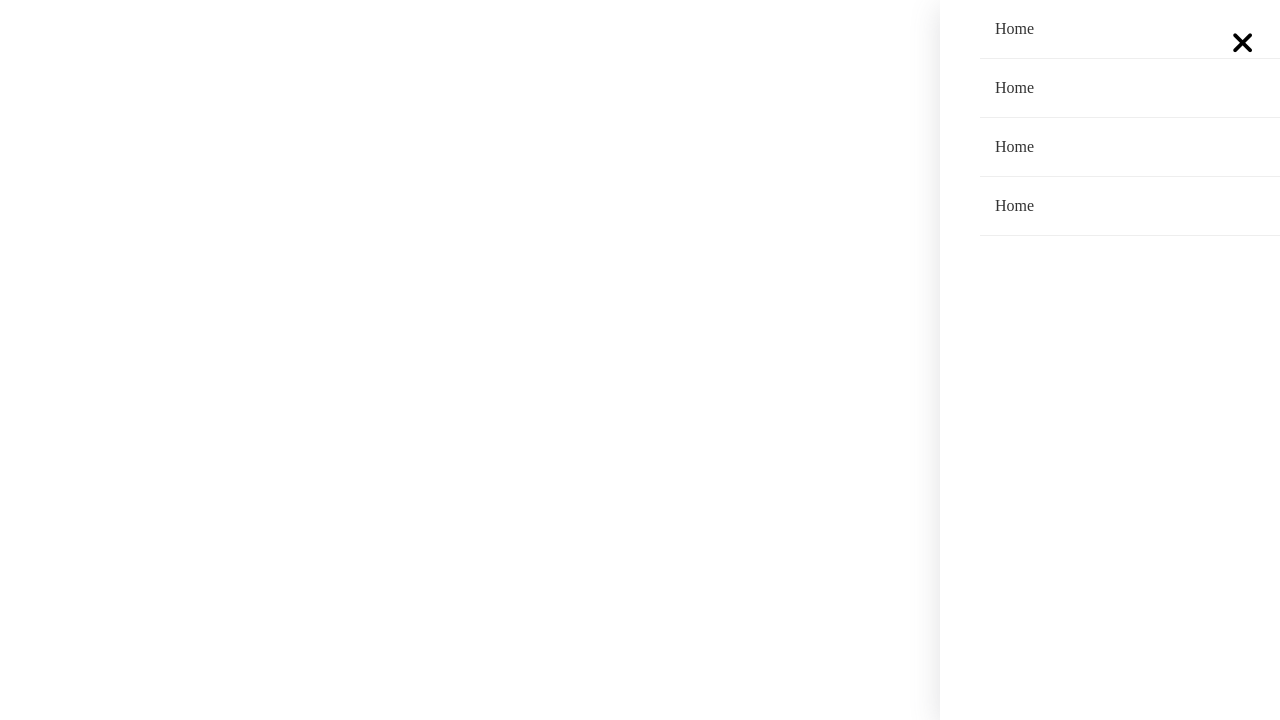
Repository: tungts3qb/Javascript
Page: toggle.html
The author's editor kept a copy of each file at every save. The page is drawn from the files as they stood at one save, then again after the next save.
The browser window is 1280 px wide. The pictures show the whole page.
After loading, the first visible `i.fa` was clicked once.

Above is the page before, as saved 2022-12-23 01:44:37.

### toggle.html
<!DOCTYPE html>
<html lang="en">
  <head>
    <meta charset="UTF-8" />
    <meta http-equiv="X-UA-Compatible" content="IE=edge" />
    <meta name="viewport" content="width=device-width, initial-scale=1.0" />
    <link
      rel="stylesheet"
      href="https://cdnjs.cloudflare.com/ajax/libs/font-awesome/6.2.1/css/all.min.css"
      integrity="sha512-MV7K8+y+gLIBoVD59lQIYicR65iaqukzvf/nwasF0nqhPay5w/9lJmVM2hMDcnK1OnMGCdVK+iQrJ7lzPJQd1w=="
      crossorigin="anonymous"
      referrerpolicy="no-referrer"
    />
    <link rel="stylesheet" href="style.css" />
    <title>Document</title>
  </head>
  <body>
    <header class="header">
      <i class="fa fa-bars menu-toggle"></i>
    </header>
    <ul class="menu">
      <li class="menu-item">
        <a href="#" class="menu-link">Home</a>
      </li>
      <li class="menu-item">
        <a href="#" class="menu-link">Home</a>
      </li>
      <li class="menu-item">
        <a href="#" class="menu-link">Home</a>
      </li>
      <li class="menu-item">
        <a href="#" class="menu-link">Home</a>
      </li>
    </ul>
    <script src="./toggle.js"></script>
  </body>
</html>

### style.css
.button {
  padding: 20px;
  color: white;
  background-color: #ffa400;
  border: 0;
  margin: 50px auto;
  display: block;
  width: 300px;
  font-family: "Poppins", sans-serif;
}

.change {
  display: block;
  padding: 15px 40px;
  border-radius: 10px;
  border: 0;
  color: white;
  font-family: "Poppins", sans-serif;
  margin: 50px auto;
  background-color: #3d6ef7;
}

.menu {
  width: 300px;
  position: fixed;
  top: 0;
  right: 0;
  bottom: 0;
  box-shadow: rgba(100, 100, 111, 0.2) 0px 7px 29px 0px;
  list-style: none;
  transform: translateX(100%);
  transition: transform 0.25s linear;
  margin-top: 0;
  margin-bottom: 0;
}

.menu.is-show {
  transform: translateX(0%);
}

.menu-link {
  display: block;
  padding: 20px 15px;
  color: #333;
  border-bottom: 1px solid #eee;
}

.header {
  padding: 20px;
  display: flex;
  align-items: center;
  justify-content: flex-end;
}

.menu-toggle {
  cursor: pointer;
  font-size: 30px;
  position: relative;
  z-index: 9999;
}

.menu-item a {
  text-decoration: none;
}

### toggle.js
const toggle = document.querySelector(".menu-toggle");
const menu = document.querySelector(".menu");

toggle.addEventListener("click", function (event) {
  event.target.classList.add("fa-times");
  menu.classList.toggle("is-show");
});

After the next save:
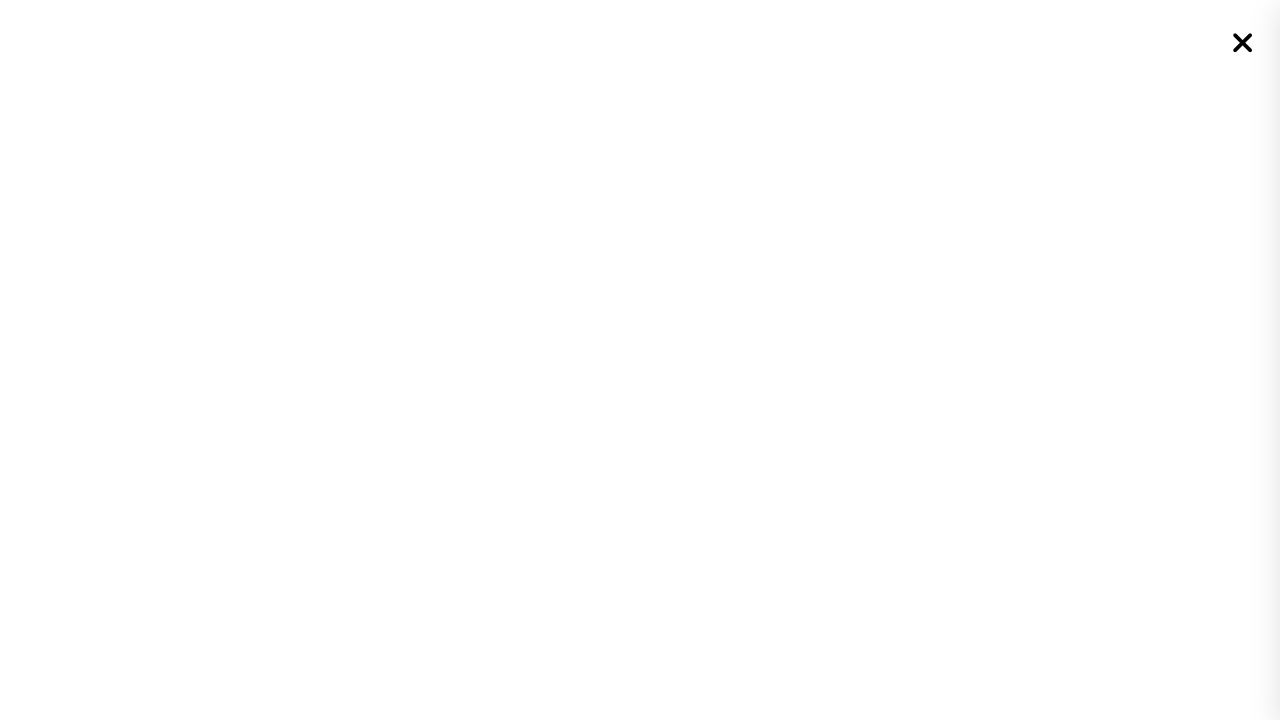
Console error: TypeError: event.target.classList.removw is not a function
Saved 40 s later.
--- a/toggle.js
+++ b/toggle.js
@@ -3,5 +3,6 @@
 
 toggle.addEventListener("click", function (event) {
   event.target.classList.add("fa-times");
+  event.target.classList.removw("fa-bars");
   menu.classList.toggle("is-show");
 });

After the save that followed:
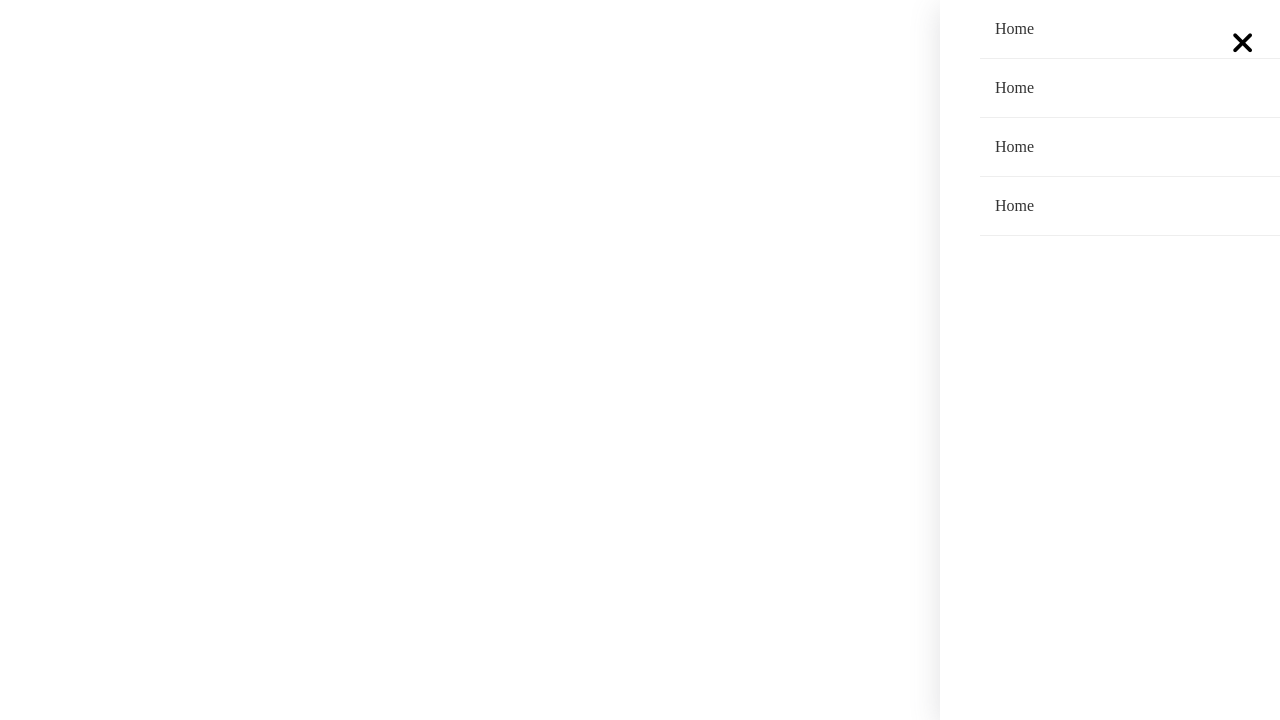
The error is gone.
Saved 73 s later.
--- a/toggle.js
+++ b/toggle.js
@@ -3,6 +3,6 @@
 
 toggle.addEventListener("click", function (event) {
   event.target.classList.add("fa-times");
-  event.target.classList.removw("fa-bars");
+  //   event.target.classList.removw("fa-bars");
   menu.classList.toggle("is-show");
 });
